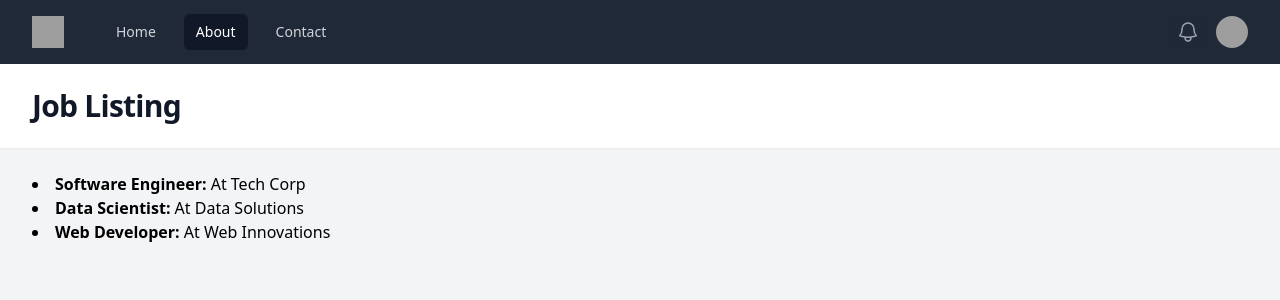
Repository: mennaabdelelhady/30-Days-to-Learn-Laravel
Page: http://localhost/jobs
An editor plug-in stored every save of this project. The page is shown before and after the next save, followed by the edit.
The browser window is 1280 px wide. The pictures show the whole page.
Pictures or frames that could not be fetched are drawn as grey boxes. Some web libraries are served in a nearby version. The page is served by the project's Laravel application, run on PHP 8.4 with Laravel 12. Other server files are loaded and not shown.

Above is the page before, as saved 2025-07-09 12:28:52.

### routes/web.php
<?php

use Illuminate\Support\Facades\Route;

Route::get('/home', function () {
    return view('home');
});

Route::get('/jobs', function () {
    return view('jobs',[
        'jobs'=>[
            ['title' => 'Software Engineer', 'company' => 'Tech Corp', 'location' => 'New York'],
            ['title' => 'Data Scientist', 'company' => 'Data Solutions', 'location' => 'San Francisco'],
            ['title' => 'Web Developer', 'company' => 'Web Innovations', 'location' => 'Los Angeles']
        ]
    ]);
});

Route::get('/contact', function () {
    return view('contact');
});

### resources/views/jobs.blade.php
<x-layout>
    <x-slot:heading>
        Job Listing
    </x-slot:heading>

    @foreach($jobs as $job)
        <li><strong>{{$job['title']}}:</strong> At {{ $job['company']}}</li>
    @endforeach

</x-layout>

### resources/views/components/layout.blade.php
<!DOCTYPE html>
<html lang="en" class="h-full bg-gray-100">

<head>
    <meta charset="UTF-8">
    <meta name="viewport" content="width=device-width, initial-scale=1.0">
    <title>My Website</title>
    <script src="https://cdn.tailwindcss.com"></script>
</head>

<body class="h-full">
    <div class="min-h-full">
        <nav class="bg-gray-800">
            <div class="mx-auto max-w-7xl px-4 sm:px-6 lg:px-8">
                <div class="flex h-16 items-center justify-between">
                    <div class="flex items-center">
                        <div class="shrink-0">
                            <img class="size-8"
                                src="https://laracasts.com/images/logo/logo-triangle.svg"
                                alt="Your Company" />
                        </div>
                        <div class="hidden md:block">
                            <div class="ml-10 flex items-baseline space-x-4">
                                <!-- Current: "bg-gray-900 text-white", Default: "text-gray-300 hover:bg-gray-700 hover:text-white" -->
                                <x-nav-link href="/home" :active="request()->is('home')">Home</x-nav-link>
                                <x-nav-link href="/jobs" :active="request()->is('jobs')">About</x-nav-link>
                                <x-nav-link href="/contact" :active="request()->is('contact')" type="button">Contact</x-nav-link>
                            </div>
                        </div>
                    </div>
                    <div class="hidden md:block">
                        <div class="ml-4 flex items-center md:ml-6">
                            <button type="button"
                                class="relative rounded-full bg-gray-800 p-1 text-gray-400 hover:text-white focus:ring-2 focus:ring-white focus:ring-offset-2 focus:ring-offset-gray-800 focus:outline-hidden">
                                <span class="absolute -inset-1.5"></span>
                                <span class="sr-only">View notifications</span>
                                <svg class="size-6" fill="none" viewBox="0 0 24 24" stroke-width="1.5"
                                    stroke="currentColor" aria-hidden="true" data-slot="icon">
                                    <path stroke-linecap="round" stroke-linejoin="round"
                                        d="M14.857 17.082a23.848 23.848 0 0 0 5.454-1.31A8.967 8.967 0 0 1 18 9.75V9A6 6 0 0 0 6 9v.75a8.967 8.967 0 0 1-2.312 6.022c1.733.64 3.56 1.085 5.455 1.31m5.714 0a24.255 24.255 0 0 1-5.714 0m5.714 0a3 3 0 1 1-5.714 0" />
                                </svg>
                            </button>

                            <!-- Profile dropdown -->
                            <div class="relative ml-3">
                                <div>
                                    <button type="button"
                                        class="relative flex max-w-xs items-center rounded-full bg-gray-800 text-sm focus:outline-hidden focus-visible:ring-2 focus-visible:ring-white focus-visible:ring-offset-2 focus-visible:ring-offset-gray-800"
                                        id="user-menu-button" aria-expanded="false" aria-haspopup="true">
                                        <span class="absolute -inset-1.5"></span>
                                        <span class="sr-only">Open user menu</span>
                                        <img class="size-8 rounded-full"
                                            src="https://laracasts.com/images/lary-ai-face.svg"
                                            alt="" />
                                    </button>
                                </div>


                            </div>
                        </div>
                    </div>
                    <div class="-mr-2 flex md:hidden">
                        <!-- Mobile menu button -->
                        <button type="button"
                            class="relative inline-flex items-center justify-center rounded-md bg-gray-800 p-2 text-gray-400 hover:bg-gray-700 hover:text-white focus:ring-2 focus:ring-white focus:ring-offset-2 focus:ring-offset-gray-800 focus:outline-hidden"
                            aria-controls="mobile-menu" aria-expanded="false">
                            <span class="absolute -inset-0.5"></span>
                            <span class="sr-only">Open main menu</span>
                            <!-- Menu open: "hidden", Menu closed: "block" -->
                            <svg class="block size-6" fill="none" viewBox="0 0 24 24" stroke-width="1.5"
                                stroke="currentColor" aria-hidden="true" data-slot="icon">
                                <path stroke-linecap="round" stroke-linejoin="round"
                                    d="M3.75 6.75h16.5M3.75 12h16.5m-16.5 5.25h16.5" />
                            </svg>
                            <!-- Menu open: "block", Menu closed: "hidden" -->
                            <svg class="hidden size-6" fill="none" viewBox="0 0 24 24" stroke-width="1.5"
                                stroke="currentColor" aria-hidden="true" data-slot="icon">
                                <path stroke-linecap="round" stroke-linejoin="round" d="M6 18 18 6M6 6l12 12" />
                            </svg>
                        </button>
                    </div>
                </div>
            </div>

            <!-- Mobile menu, show/hide based on menu state. -->
            <div class="md:hidden" id="mobile-menu">
                <div class="space-y-1 px-2 pt-2 pb-3 sm:px-3">
                    <!-- Current: "bg-gray-900 text-white", Default: "text-gray-300 hover:bg-gray-700 hover:text-white" -->
                    <a href="/home" class="block rounded-md bg-gray-900 px-3 py-2 text-base font-medium text-white"
                        aria-current="page">Home</a>
                    <a href="/about"
                        class="block rounded-md px-3 py-2 text-base font-medium text-gray-300 hover:bg-gray-700 hover:text-white">About</a>
                    <a href="/contact"
                        class="block rounded-md px-3 py-2 text-base font-medium text-gray-300 hover:bg-gray-700 hover:text-white">Contact</a>
                    <a href="#"
                </div>
                <div class="border-t border-gray-700 pt-4 pb-3">
                    <div class="flex items-center px-5">
                        <div class="shrink-0">
                            <img class="size-10 rounded-full"
                                src="https://laracasts.com/images/lary-ai-face.svg"
                                alt="" />
                        </div>
                        <div class="ml-3">
                            <div class="text-base/5 font-medium text-white">lary robot</div>
                            <div class="text-sm font-medium text-gray-400">menna@gmail.com</div>
                        </div>
                        <button type="button"
                            class="relative ml-auto shrink-0 rounded-full bg-gray-800 p-1 text-gray-400 hover:text-white focus:ring-2 focus:ring-white focus:ring-offset-2 focus:ring-offset-gray-800 focus:outline-hidden">
                            <span class="absolute -inset-1.5"></span>
                            <span class="sr-only">View notifications</span>
                            <svg class="size-6" fill="none" viewBox="0 0 24 24" stroke-width="1.5"
                                stroke="currentColor" aria-hidden="true" data-slot="icon">
                                <path stroke-linecap="round" stroke-linejoin="round"
                                    d="M14.857 17.082a23.848 23.848 0 0 0 5.454-1.31A8.967 8.967 0 0 1 18 9.75V9A6 6 0 0 0 6 9v.75a8.967 8.967 0 0 1-2.312 6.022c1.733.64 3.56 1.085 5.455 1.31m5.714 0a24.255 24.255 0 0 1-5.714 0m5.714 0a3 3 0 1 1-5.714 0" />
                            </svg>
                        </button>
                    </div>
                    <div class="mt-3 space-y-1 px-2">
                        <a href="#"
                            class="block rounded-md px-3 py-2 text-base font-medium text-gray-400 hover:bg-gray-700 hover:text-white">Your
                            Profile</a>
                        <a href="#"
                            class="block rounded-md px-3 py-2 text-base font-medium text-gray-400 hover:bg-gray-700 hover:text-white">Settings</a>
                        <a href="#"
                            class="block rounded-md px-3 py-2 text-base font-medium text-gray-400 hover:bg-gray-700 hover:text-white">Sign
                            out</a>
                    </div>
                </div>
            </div>
        </nav>

        <header class="bg-white shadow-sm">
            <div class="mx-auto max-w-7xl px-4 py-6 sm:px-6 lg:px-8">
                <h1 class="text-3xl font-bold tracking-tight text-gray-900">{{$heading}}</h1>
            </div>
        </header>
        <main>
            <div class="mx-auto max-w-7xl px-4 py-6 sm:px-6 lg:px-8">
                {{$slot}}
            </div>
        </main>
    </div>

</body>

</html>

### resources/views/components/nav-link.blade.php
@props(['active'=>false])
<a class="{{ $active ? 'bg-gray-900 text-white' : 'text-gray-300 hover:bg-gray-700 hover:text-white' }} px-3 py-2 rounded-md text-sm font-medium"
    aria-current="{{$active? 'page':'false'}}"
    {{ $attributes }}
    >{{ $slot }}</a>

After the next save:
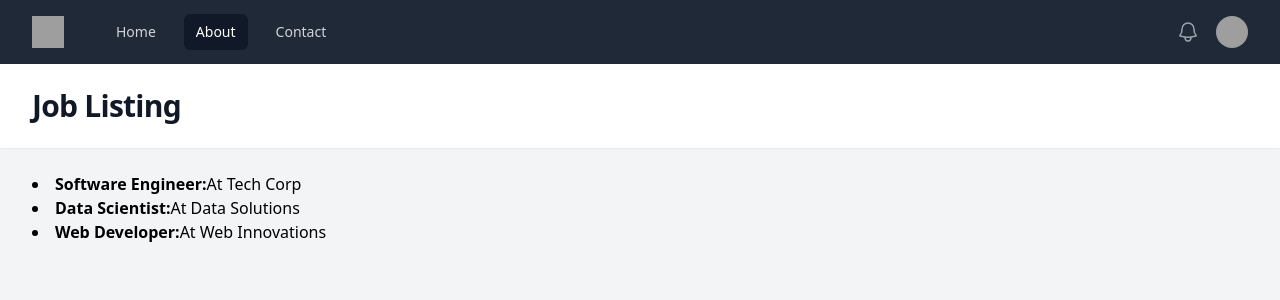
Saved 72 s later.
--- a/resources/views/jobs.blade.php
+++ b/resources/views/jobs.blade.php
@@ -3,8 +3,8 @@
         Job Listing
     </x-slot:heading>
 
-    @foreach($jobs as $job)
-        <li><strong>{{$job['title']}}:</strong> At {{ $job['company']}}</li>
+    @foreach ($jobs as $job)
+    <li><strong>{{$job['title']}}:</strong>At {{ $job['company']}}</li>
     @endforeach
 
 </x-layout>
